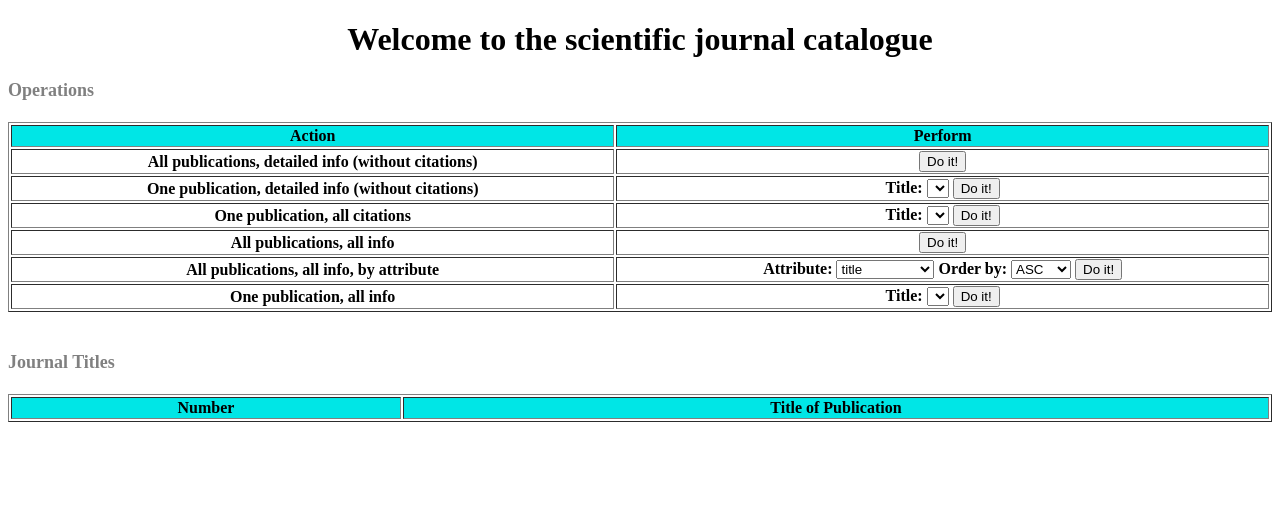
Repository: jlgsousa/javaEEapplication
Page: http://localhost/Catalog-Frontend/display.jsp
An editor plug-in stored every save of this project. The page is shown before and after the next save, followed by the edit.
The browser window is 1280 px wide. The pictures show the whole page.
The page is served by Tomcat 9. Nobody is signed in. The application's start-up code is not run. The template is opened directly, without the code that normally fills it, so the values that code supplies are empty.

Above is the page before, as saved 2019-05-30 18:50:14.

After the next save:
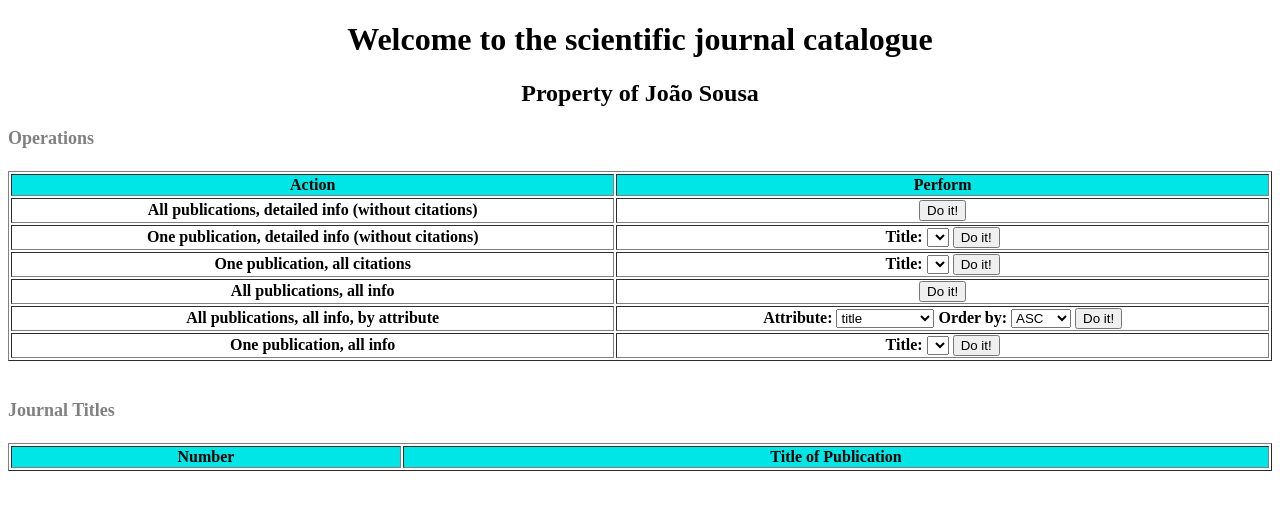
Saved 4 min 7 s later.
--- a/Catalog-Frontend/WebContent/display.jsp
+++ b/Catalog-Frontend/WebContent/display.jsp
@@ -10,6 +10,7 @@
 <body>
 
 	<h1 style="text-align:center">Welcome to the scientific journal catalogue</h1>
+	<h2 style="text-align:center">Property of João Sousa</h2>
 	<h1 style="color: gray">
 		<font size="4">Operations</font>
 	</h1>
